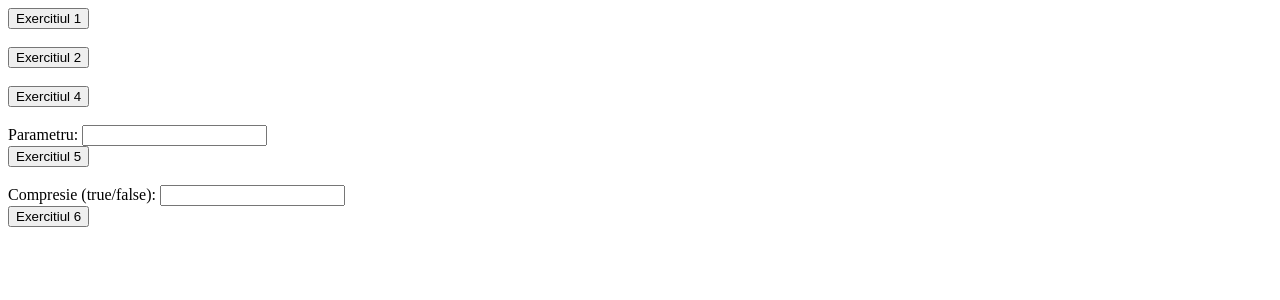
Repository: vladutbutnaru/DentalClinicManagementTool
Page: Laborator/WebContent/index.html
These files come from the project's save history. The page is drawn as it stood at one moment and after the next save; the edit follows.
The browser window is 1280 px wide. The pictures show the whole page.

Above is the page before, as saved 2016-10-13 13:14:26.

After the next save:
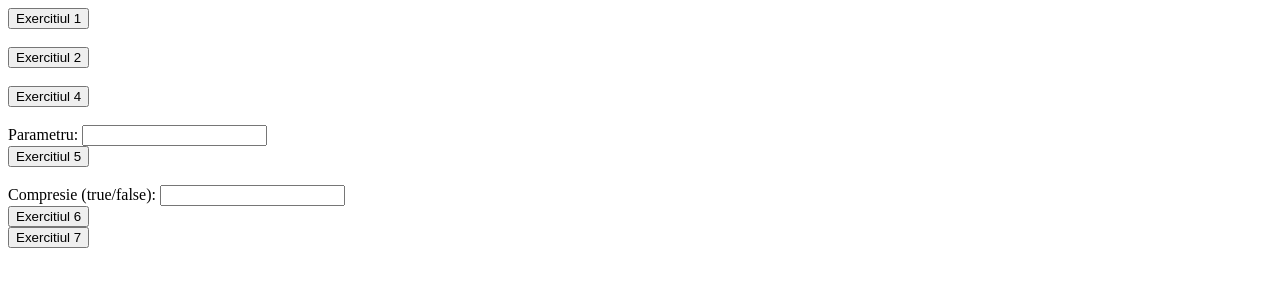
Saved 2 min 21 s later.
--- a/Laborator/WebContent/index.html
+++ b/Laborator/WebContent/index.html
@@ -26,5 +26,9 @@ Parametru: <input type="text"  name = "parameter" id= "parameter"/> <br/>
 Compresie (true/false): <input type="text"  name = "parameter" id= "parameter"/> <br/>
 <input type="submit" value="Exercitiul 6"/>
 </form>
+<form action="Exercise7Servlet" method="GET">
+
+<input type="submit" value="Exercitiul 7"/>
+</form>
 </body>
 </html>
